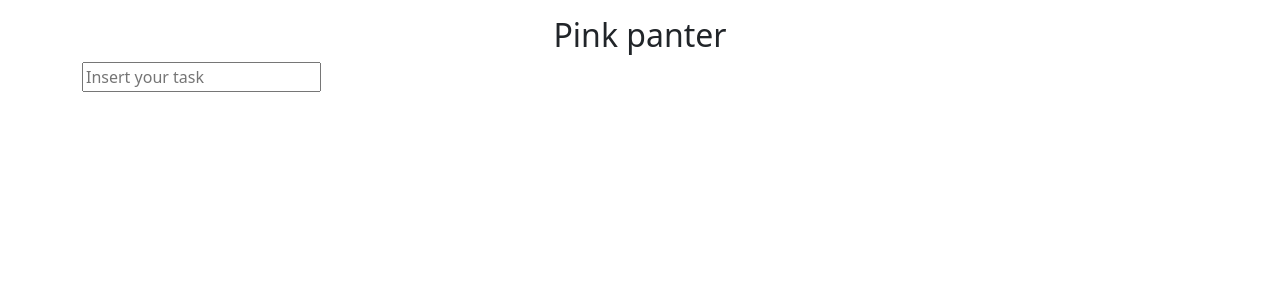
Repository: Wladomax/todo-vue
Page: /
The author's editor kept a copy of each file at every save. The page is drawn from the files as they stood at one save, then again after the next save.
The browser window is 1280 px wide. The pictures show the whole page.
The project was rebuilt for these pictures with package versions that can differ from the ones it lists, and the page was loaded fresh each time. Also part of the build but not shown: vue.config.js.

Above is the page before, as saved 2023-01-01 11:32:24.

### src/main.js
import { createApp } from "vue";
import App from "./App.vue";
import "bootstrap/dist/css/bootstrap.min.css";

createApp(App).mount("#app");

### src/App.vue
<template>
  <div>
    <ToDo></ToDo>
  </div>
</template>

<script>
import ToDo from "./components/ToDo.vue";

export default {
  name: "App",
  components: {
    ToDo,
  },
};
</script>

<style></style>

### src/components/ToDo.vue
<template>
  <div class="container">
    <h2 class="text-center mt-3">Pink panter</h2>
    <div class="d-flex">
      <input type="text" placeholder="Insert your task" />
    </div>
  </div>
</template>

<script>
export default {
  name: "ToDo",
  props: {
    msg: String,
  },
};
</script>

<style scoped></style>

Loaded but not shown: public/index.html (common file)

After the next save:
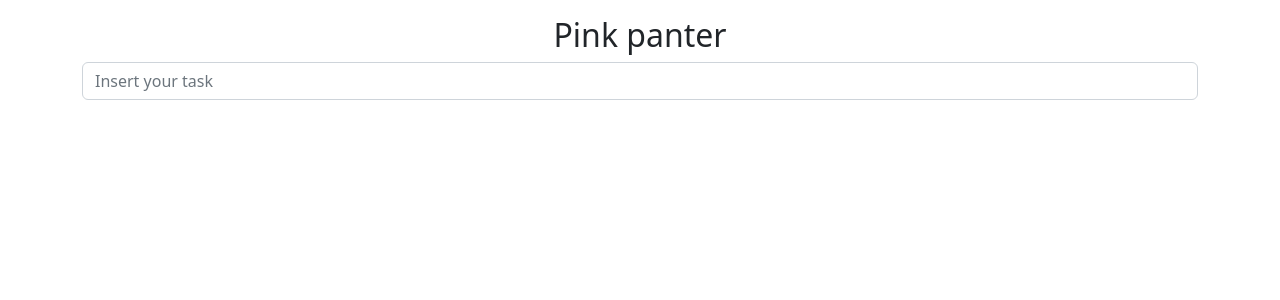
Saved 52 s later.
--- a/src/components/ToDo.vue
+++ b/src/components/ToDo.vue
@@ -2,7 +2,7 @@
   <div class="container">
     <h2 class="text-center mt-3">Pink panter</h2>
     <div class="d-flex">
-      <input type="text" placeholder="Insert your task" />
+      <input type="text" placeholder="Insert your task" class="form-control" />
     </div>
   </div>
 </template>
